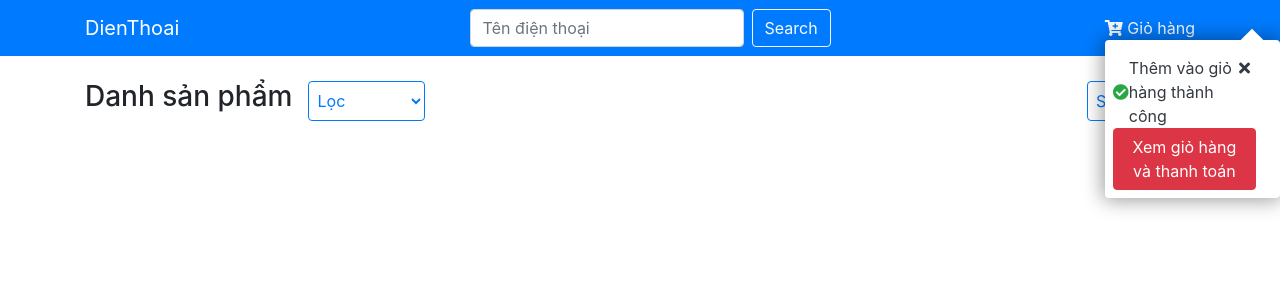
Repository: dovanthao2404/BC14_Bai_Tap_Ban_Dien_Thoai_dovanthao
Page: app/views/index.html
These files come from the project's save history. The page is drawn as it stood at one moment and after a run of saves; the edit follows.
The browser window is 1280 px wide. The pictures show the whole page.
Some web libraries are served in a nearby version. The style sheet was rebuilt from its Sass, Less or Tailwind sources for each picture, by a compiler version that may differ from the author's.

Above is the page before, as saved 2021-08-14 16:44:02.
Console error (its wording comes from the project's code and is left out).

After the next 2 saves:
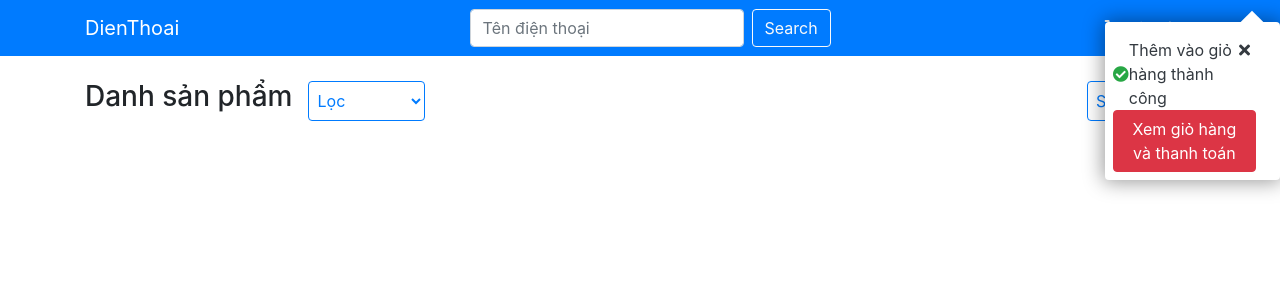
The 2 saves are shown as one change because they came seconds apart.
The last was saved 45 s later.
--- a/assets/scss/main.scss
+++ b/assets/scss/main.scss
@@ -22,6 +22,7 @@
 }
 .notifiSuccess {
   position: absolute;
+  top: 40%;
   box-shadow: 0 0 20px 2px rgba(0, 0, 0, 0.4);
   &:before {
     content: "";
